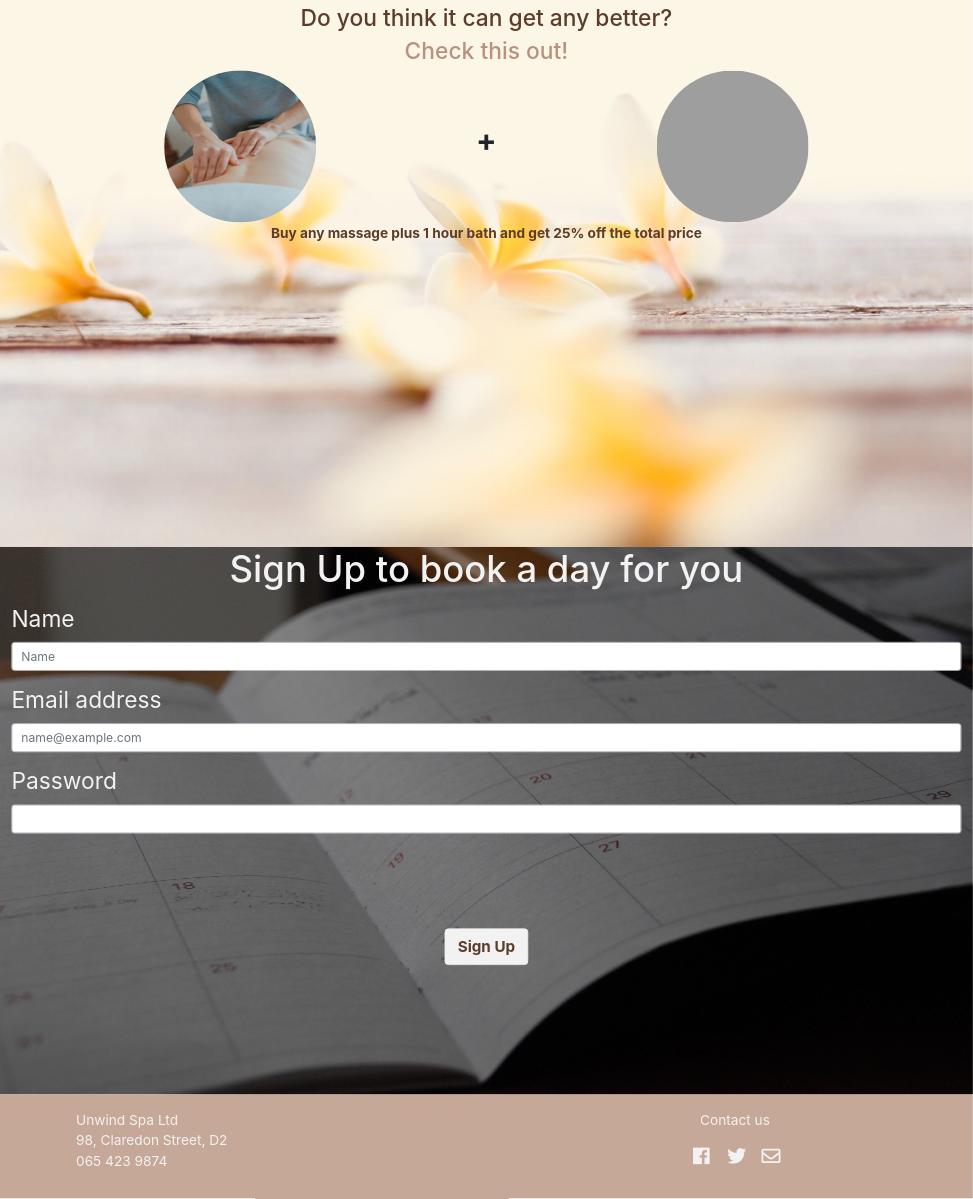
Repository: Code-Institute-Submissions/spa-website
Page: index.html
The author's editor kept a record of every edit. The page is drawn from the files as they stood at one moment, then again after the next edit.
The browser window is 1280 px wide. The pictures show the part of the page from y = 3151 to 4728 px (the page is 4728 px tall), at 76% of full size.
Pictures or frames that could not be fetched are drawn as grey boxes. An inner scrolling area shows only its first screen. Backgrounds fixed to the window are drawn as part of the page. Some web libraries are served in a nearby version.

Above is the page before.

After the next edit:
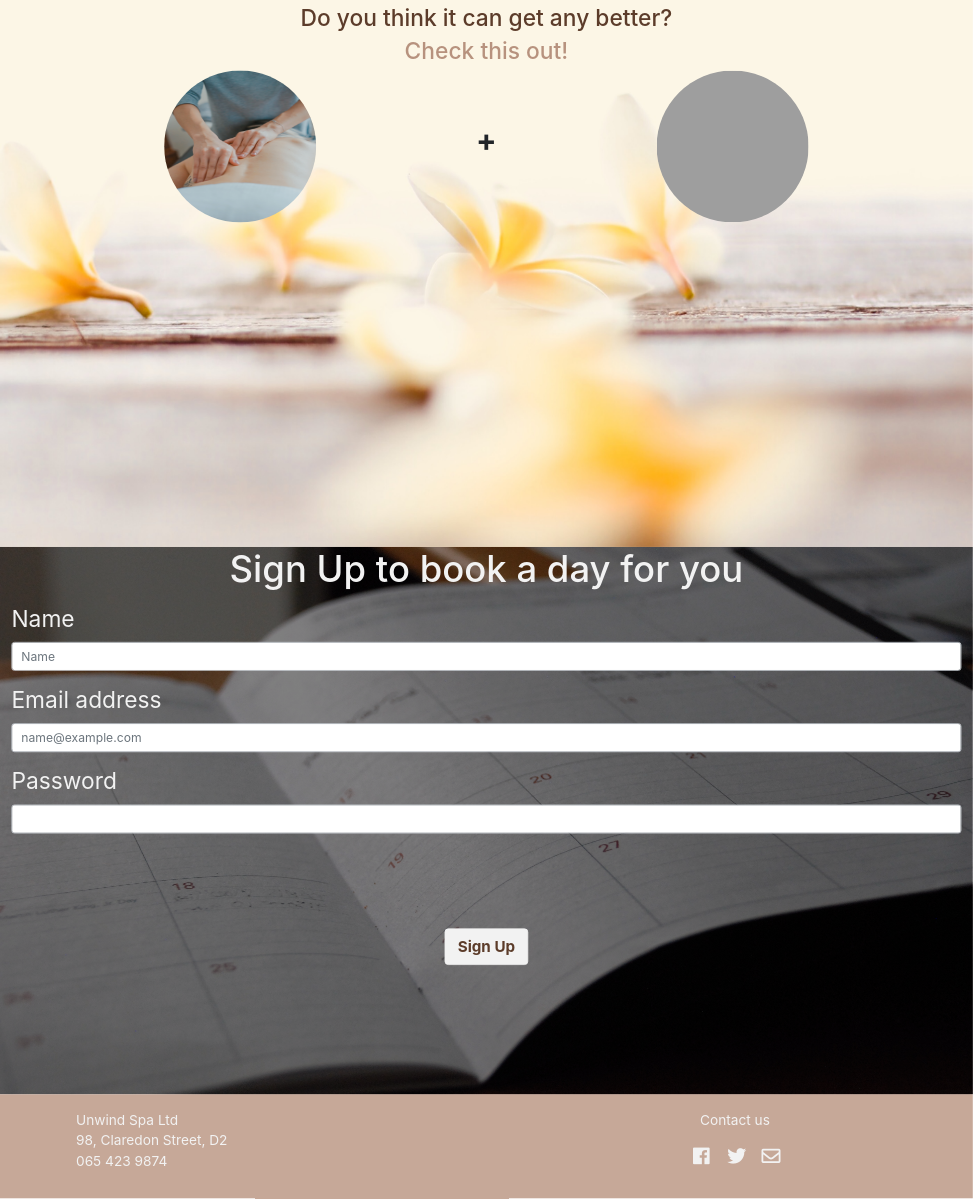
The edit:
--- a/index.html
+++ b/index.html
@@ -228,8 +228,8 @@
           </div>
         </div>
 
-          <p class="offermsg">Buy any massage plus 1 hour bath and get 25% off the total price</p>
-        </div>
+
+
       </div>
     </div>
 

After the edit that followed:
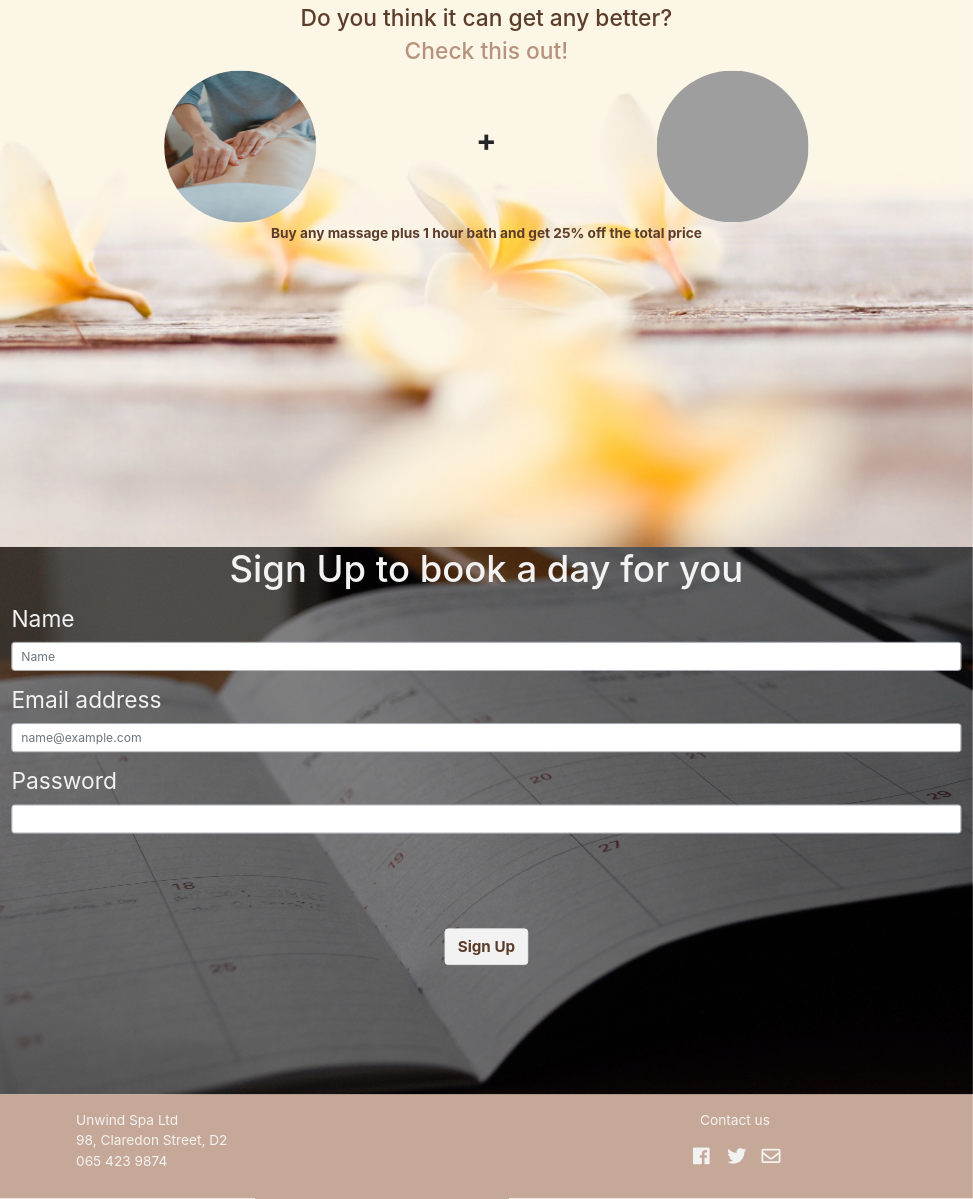
The edit:
--- a/index.html
+++ b/index.html
@@ -226,6 +226,7 @@
           <div class="col-sm-5">
             <img src="./images/bath.jpg" class="rounded-circle" alt="bath">
           </div>
+          <p class="offermsg">Buy any massage plus 1 hour bath and get 25% off the total price</p>
         </div>
 
 
